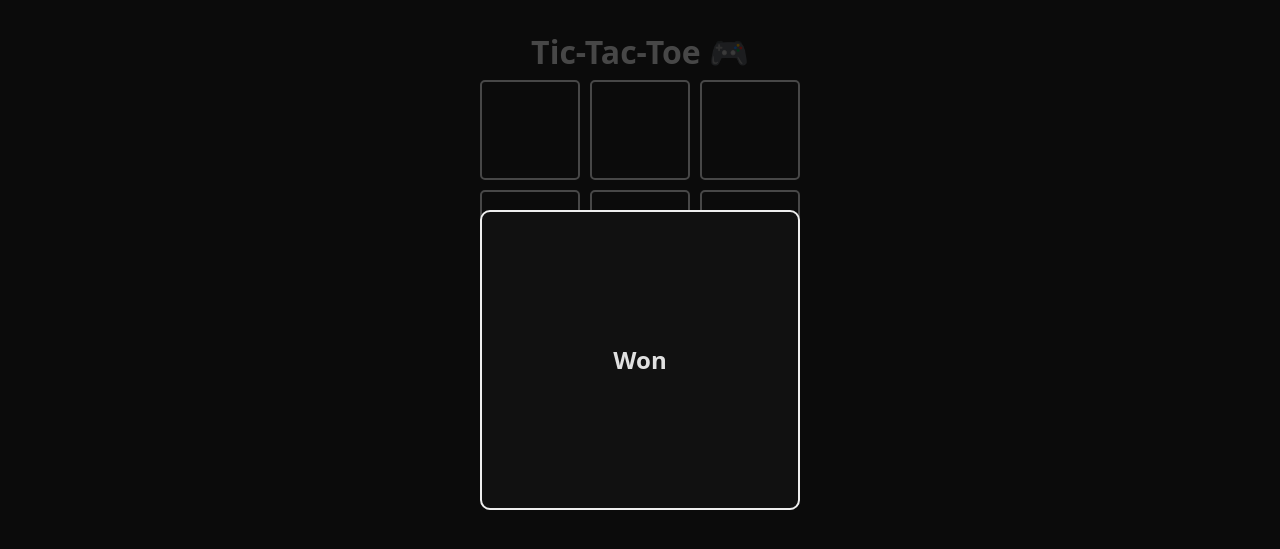
Repository: atzin-escandia/react-tic-tac-toe
Page: /
The author's editor kept a copy of each file at every save. The page is drawn from the files as they stood at one save, then again after the next save.
The browser window is 1280 px wide. The pictures show the whole page.
The project was rebuilt for these pictures with package versions that can differ from the ones it lists, and the page was loaded fresh each time. Also part of the build but not shown: vite.config.js.

Above is the page before, as saved 2023-10-08 16:55:45.

### index.html
<!DOCTYPE html>
<html lang="en">
  <head>
    <meta charset="UTF-8" />
    <link rel="icon" type="image/svg+xml" href="/vite.svg" />
    <meta name="viewport" content="width=device-width, initial-scale=1.0" />
    <title>Tic-Tac-Toe React 🎮</title>
  </head>
  <body>
    <div id="root"></div>
    <script type="module" src="/src/main.jsx"></script>
  </body>
</html>

### src/App.jsx
import { useState } from "react";
import "./index.css";

const TURNS = {
  x: "x",
  o: "o",
};

const WINNER_COMBOS = [
  [0, 1, 2],
  [3, 4, 5],
  [6, 7, 8],
  [0, 3, 6],
  [1, 4, 7],
  [2, 5, 8],
  [0, 4, 8],
  [2, 4, 6],
];

function App() {
  const initialState = Array(9).fill(null);
  const [board, setBoard] = useState(initialState);
  const [turn, setTurn] = useState(true);
  const [winner, setWinner] = useState(false);

  const checkWinner = (board) => {
    for (const combo of WINNER_COMBOS) {
      const [a, b, c] = combo;
      if (board[a] && board[a] === board[b] && board[b] === board[c]) {
        return true;
      }
    }
  };

  const updateBoard = (index) => {
    const newBoard = [...board];

    if (newBoard[index] || winner) return;
    newBoard[index] = turn ? "x" : "o";
    setTurn(!turn);
    setBoard(newBoard);

    newBoard.forEach((_, index) => index);

    // if (!newBoard.includes(null)) {
    const newWinner = checkWinner(newBoard);
    if (winner) {
      setWinner(newWinner);
    }
  };

  const Square = ({ children, updateBoard, index }) => {
    return (
      <div onClick={() => updateBoard(index)} className="square">
        {board[index]}
      </div>
    );
  };
  return (
    <main className="board">
      <h1>Tic-Tac-Toe 🎮</h1>
      <section className="game">
        {board.map((_, index) => {
          return (
            <Square
              key={index}
              index={index}
              updateBoard={updateBoard}
            ></Square>
          );
        })}
      </section>
      {winner !== null && (
        <section className="winner">
          <div className="text">
            <h2>{winner ? "Tieee :(" : "Won"}</h2>
          </div>
        </section>
      )}
    </main>
  );
}

export default App;

### src/index.css
:root {
  font-family: system-ui, -apple-system, BlinkMacSystemFont, "Segoe UI", Roboto,
    Oxygen, Ubuntu, Cantarell, "Open Sans", "Helvetica Neue", sans-serif;
  font-size: 16px;
  line-height: 24px;
  font-weight: 400;

  color-scheme: light dark;
  color: rgba(255, 255, 255, 0.87);
  background-color: #242424;

  font-synthesis: none;
  text-rendering: optimizeLegibility;
  -webkit-font-smoothing: antialiased;
  -moz-osx-font-smoothing: grayscale;
  -webkit-text-size-adjust: 100%;
}

body {
  margin: 0;
  display: flex;
  justify-content: center;
  min-width: 320px;
  min-height: 100vh;
}

* {
  padding: 0;
  margin: 0;
  box-sizing: border-box;
}

.board {
  width: fit-content;
  margin: 40px auto;
  text-align: center;
}

.board h1 {
  color: #eee;

  margin-bottom: 16px;
}

.board button {
  padding: 8px 12px;
  margin: 25px;
  background: transparent;
  border: 2px solid #eee;
  color: #eee;
  width: 100px;
  border-radius: 5px;
  transition: 0.2s;
  font-weight: bold;
  cursor: pointer;
}

.board button:hover {
  background: #eee;
  color: #222;
}

.board .game {
  display: grid;
  grid-template-columns: repeat(3, 1fr);
  gap: 10px;
}

.turn {
  display: flex;
  justify-content: center;
  margin: 15px auto;
  width: fit-content;
  position: relative;
  border-radius: 10px;
}

.turn .square,
.winner .square {
  width: 70px;
  height: 70px;
  pointer-events: none;
  border-color: transparent;
}

.square.is-selected {
  color: #fff;
  background: #09f;
}

.winner {
  position: absolute;
  width: 100vw;
  height: 100vh;
  top: 0;
  left: 0;
  display: grid;
  place-items: center;
  background-color: rgba(0, 0, 0, 0.7);
}

.winner .text {
  background: #111;
  height: 300px;
  width: 320px;
  border: 2px solid #eee;
  border-radius: 10px;
  display: flex;
  flex-direction: column;
  justify-content: center;
  align-items: center;
  gap: 20px;
}

.winner .win {
  margin: 0 auto;
  width: fit-content;
  border: 2px solid #eee;
  border-radius: 10px;
  display: flex;
  gap: 15px;
}

.square {
  width: 100px;
  height: 100px;
  border: 2px solid #eee;
  border-radius: 5px;
  display: grid;
  place-items: center;
  cursor: pointer;
  font-size: 48px;
}

Loaded but not shown: src/main.jsx (common file)

After the next save:
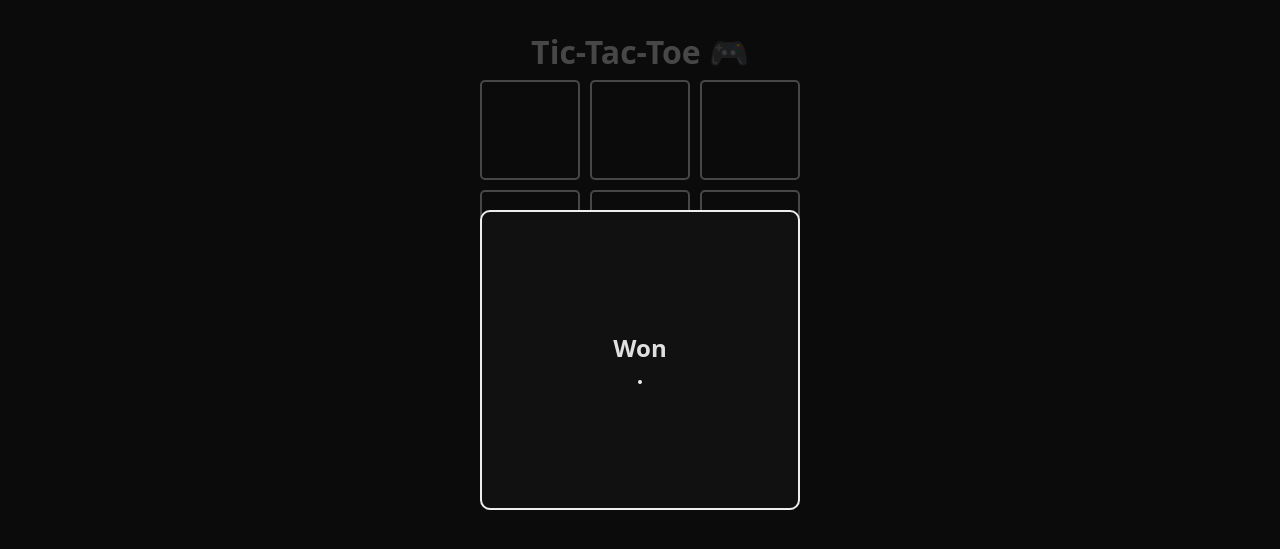
Saved 2 min 6 s later.
--- a/src/App.jsx
+++ b/src/App.jsx
@@ -74,6 +74,7 @@
         <section className="winner">
           <div className="text">
             <h2>{winner ? "Tieee :(" : "Won"}</h2>
+            <div className="win">{winner && <Square> {winner}</Square>}</div>
           </div>
         </section>
       )}
